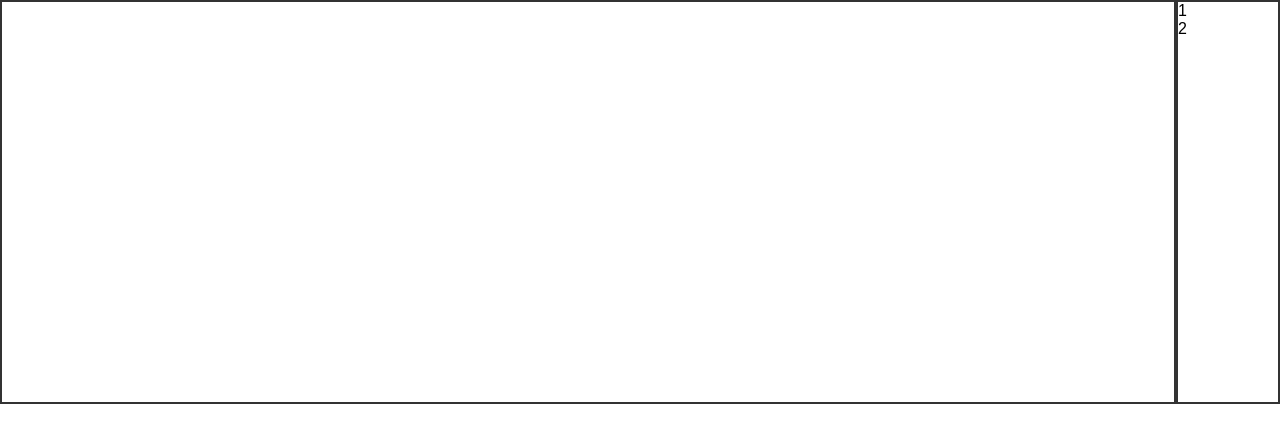
Repository: ZakariaZhlat125/test-rar-it
Page: http://localhost/
The author's editor kept a copy of each file at every save. The page is drawn from the files as they stood at one save, then again after the next save.
The browser window is 1280 px wide. The pictures show the whole page.
The page is run by PHP 8.4 with error messages shown; the project is at /var/www/html/.

Above is the page before, as saved 2024-02-29 23:39:18.

### index.php
<!DOCTYPE html>
<html lang="en">
<head>
    <meta charset="UTF-8">
    <meta name="viewport" content="width=device-width, initial-scale=1.0">
    <title>Drag and Drop Example</title>
    <link rel="stylesheet" href="styles.css">
</head>
<body>
    <div class="container">
        <div id="left-container" class="left-container">
            <!-- Large square divided into 9 sections -->
            <div id="drop-area" class="drop-area">
                <!-- Drop area for small squares -->
            </div>
        </div>
        <div id="right-container" class="right-container">
            <!-- Small squares for dragging -->
            <div class="draggable" id="item1" draggable="true">1</div>
            <div class="draggable" id="item2" draggable="true">2</div>
            <!-- Add more small squares as needed -->
        </div>
    </div>

    <script src="script.js"></script>
</body>
</html>

### styles.css
body {
  margin: 0;
  font-family: Arial, sans-serif;
}

.container {
  display: flex;
}

.left-container {
  flex: 1;
  height: 400px;
  border: 2px solid #333;
  position: relative;
}

.right-container {
  width: 100px;
  height: 400px;
  border: 2px solid #333;
}

.large-square {
  width: 100%;
  height: 100%;
  border: 2px dashed #555;
}

.small-square {
  width: 30px;
  height: 30px;
  background-color: #3498db;
  margin: 5px;
}

### script.js
function allowDrop(event) {
  event.preventDefault();
}

function drag(event) {
  event.dataTransfer.setData("text", event.target.id);
}

function drop(event) {
  event.preventDefault();
  var data = event.dataTransfer.getData("text");
  var draggedElement = document.getElementById(data);

  // Clone the dragged element
  var clone = draggedElement.cloneNode(true);
  clone.id = data + "-clone";

  // Append the clone to the large square on the left
  document.getElementById("large-square").appendChild(clone);
}

After the next save:
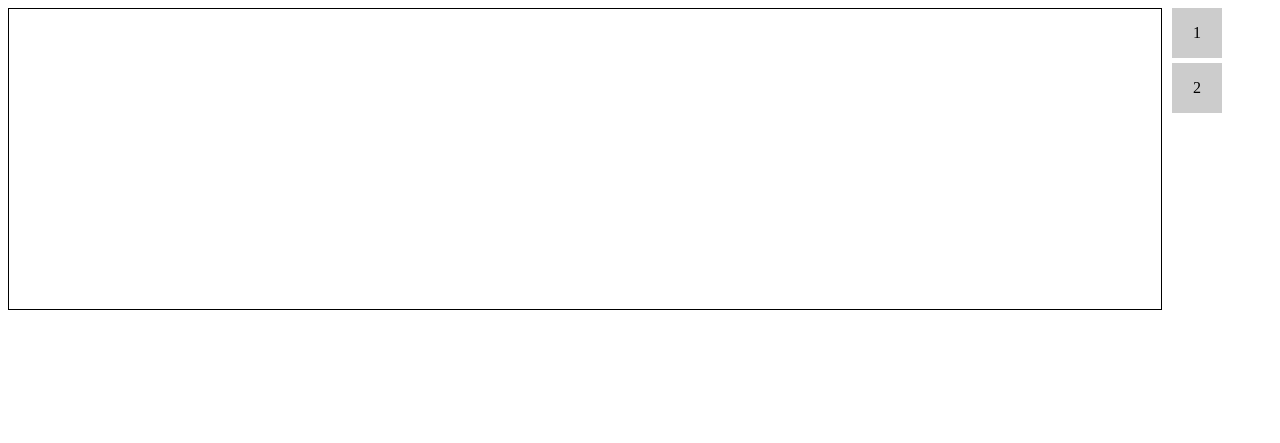
Saved 7 s later.
--- a/styles.css
+++ b/styles.css
@@ -1,34 +1,41 @@
-body {
-  margin: 0;
-  font-family: Arial, sans-serif;
-}
-
 .container {
   display: flex;
 }
 
 .left-container {
   flex: 1;
-  height: 400px;
-  border: 2px solid #333;
-  position: relative;
+  border: 1px solid black;
+  min-height: 300px;
+  margin-right: 10px;
 }
 
 .right-container {
   width: 100px;
-  height: 400px;
-  border: 2px solid #333;
 }
 
-.large-square {
+.draggable {
+  width: 50px;
+  height: 50px;
+  background-color: #ccc;
+  margin-bottom: 5px;
+  text-align: center;
+  line-height: 50px;
+  cursor: pointer;
+}
+
+.drop-area {
+  display: grid;
+  grid-template-columns: repeat(3, 1fr);
+  grid-gap: 5px;
   width: 100%;
   height: 100%;
-  border: 2px dashed #555;
 }
 
-.small-square {
-  width: 30px;
-  height: 30px;
-  background-color: #3498db;
-  margin: 5px;
+.drop-square {
+  width: 100%;
+  height: 100%;
+  border: 1px solid black;
+  display: flex;
+  justify-content: center;
+  align-items: center;
 }
